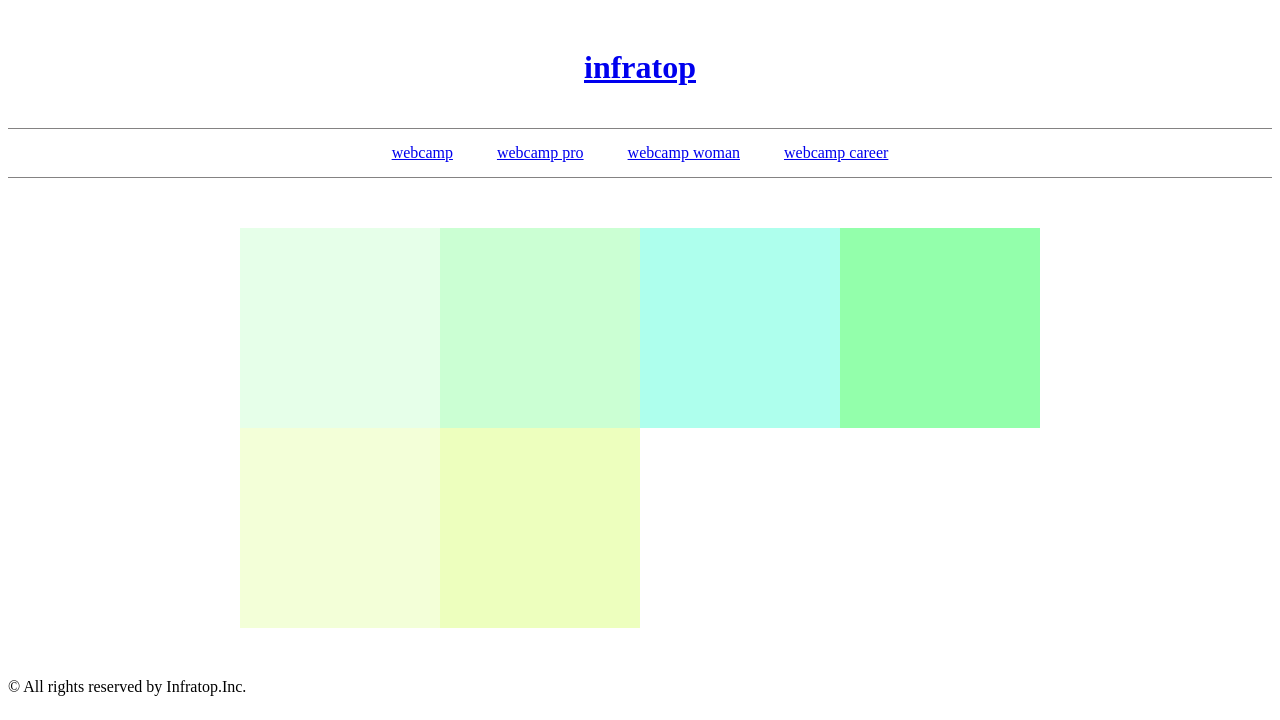
Repository: ego-boosting/html-practice1
Page: chapter5/index.html
The author's editor kept a record of every edit. The page is drawn from the files as they stood at one moment, then again after the next edit.
The browser window is 1280 px wide. The pictures show the whole page.

Above is the page before.

### chapter5/index.html
<!DOCTYPE html>
<html lang="ja">

  <head>
    <meta charset="UTF-8" />
    <link rel="stylesheet" href="style.css" />
    <title></title>
  </head>

  <body>
    <header>
      <h1 class="heading">
        <a href="index.html">
          infratop
        </a>

      </h1>
    </header>

    <nav>

      <ul class="nav-list">
        <li class="nav-list-item">
          <a href="index.html">webcamp</a>
        </li>
        <li class="nav-list-item">
          <a href="index.html">webcamp pro</a>
        </li>
        <li class="nav-list-item">
          <a href="index.html">webcamp woman</a>
        </li>
        <li class="nav-list-item">
          <a href="index.html">webcamp career</a>
        </li>

      </ul>

    </nav>

    <div class="main">
      <div class="box1"></div>
      <div class="box2"></div>
      <div class="box3"></div>
      <div class="box4"></div>
      <div class="box5"></div>
      <div class="box6"></div>
      <div class="box7"></div>
      <div class="box8"></div>
      <div class="box9"></div>
      <div class="box10"></div>
      <div class="box11"></div>
      <div class="box12"></div>
    </div>

    <div class="blog"></div>
    <div class="sidebar"></div>

    </div>

    <footer>
      <p class="footer-text">© All rights reserved by Infratop.Inc.</p>
    </footer>
   </body>
 </html>

### chapter5/style.css
＊{
  margin:0;
  padding:0;
  box-sizing:obder-box;
}

header{
 width:100%;
 padding:20px 0;
 text-align:center;
}

.nav-list{
  text-align:center;
  padding:15px 0;
  margin:auto 0;
  border-bottom:1px solid#848282;
  border-top:1px solid#848282;
}
.nav-list-item{
  list-style:none;
  display: inline-block;
  margin: 0 20px;
}

.main{
 width:800px;
 margin:50px auto;
 display:flex;
 flex-wrap:wrap;
}

.box1{
  width:200px;
  height:200px;
  background-color:#e6ffe9;
}

.box2{
  width:200px;
  height:200px;
  background-color:#cbffd3;
}

.box3{
  width:200px;
  height:200px;
  background-color:#aeffed;
}

.box4{
  width:200px;
  height:200px;
  background-color:#93ffab;
}

.box5{
  width:200px;
  height:200px;
  background-color:#f3ffd8;
}

.box6{
  width:200px;
  height:200px;
  background-color:#edffbe;
}

.box7{
  width:200px;
  height:200px;
  background-color:#;
}

.box1{
  width:200px;
  height:200px;
  background-color:#e6ffe9;
}

.box1{
  width:200px;
  height:200px;
  background-color:#e6ffe9;
}

.box1{
  width:200px;
  height:200px;
  background-color:#e6ffe9;
}

.box1{
  width:200px;
  height:200px;
  background-color:#e6ffe9;
}

.box1{
  width:200px;
  height:200px;
  background-color:#e6ffe9;
}

After the next edit:
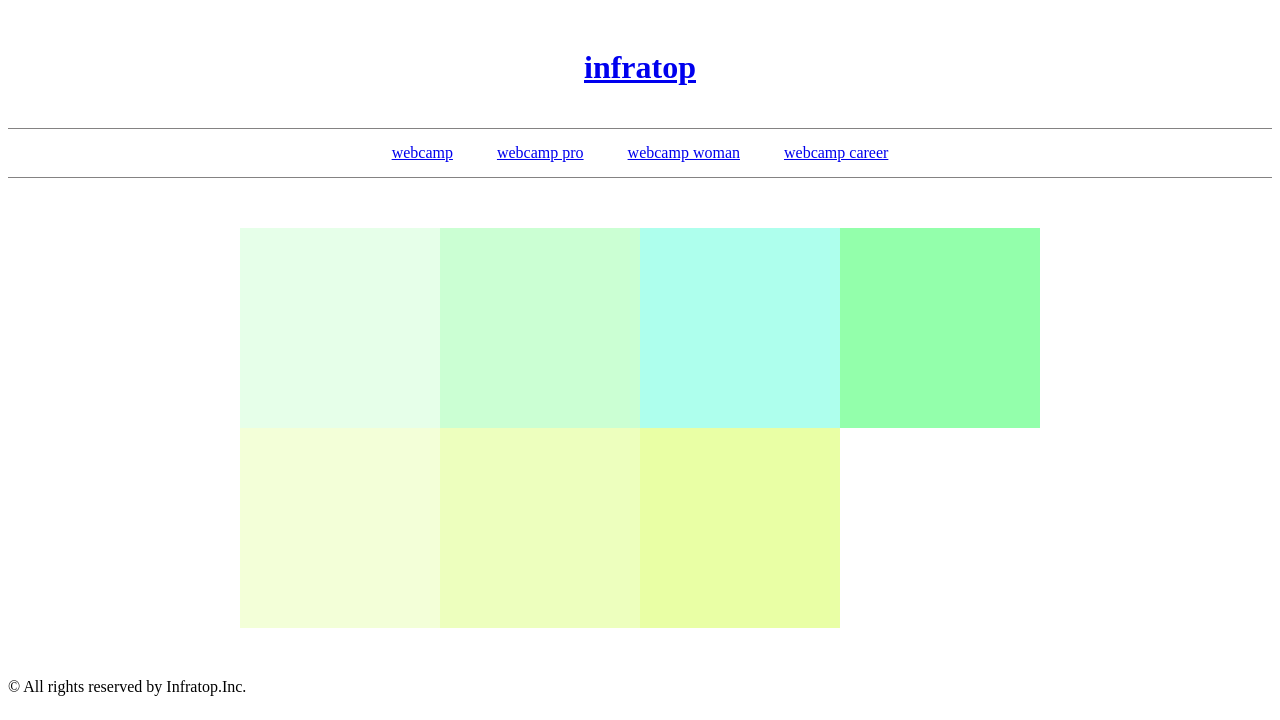
The edit:
--- a/chapter5/style.css
+++ b/chapter5/style.css
@@ -69,7 +69,7 @@
 .box7{
   width:200px;
   height:200px;
-  background-color:#;
+  background-color:#e9ffa5;
 }
 
 .box1{
